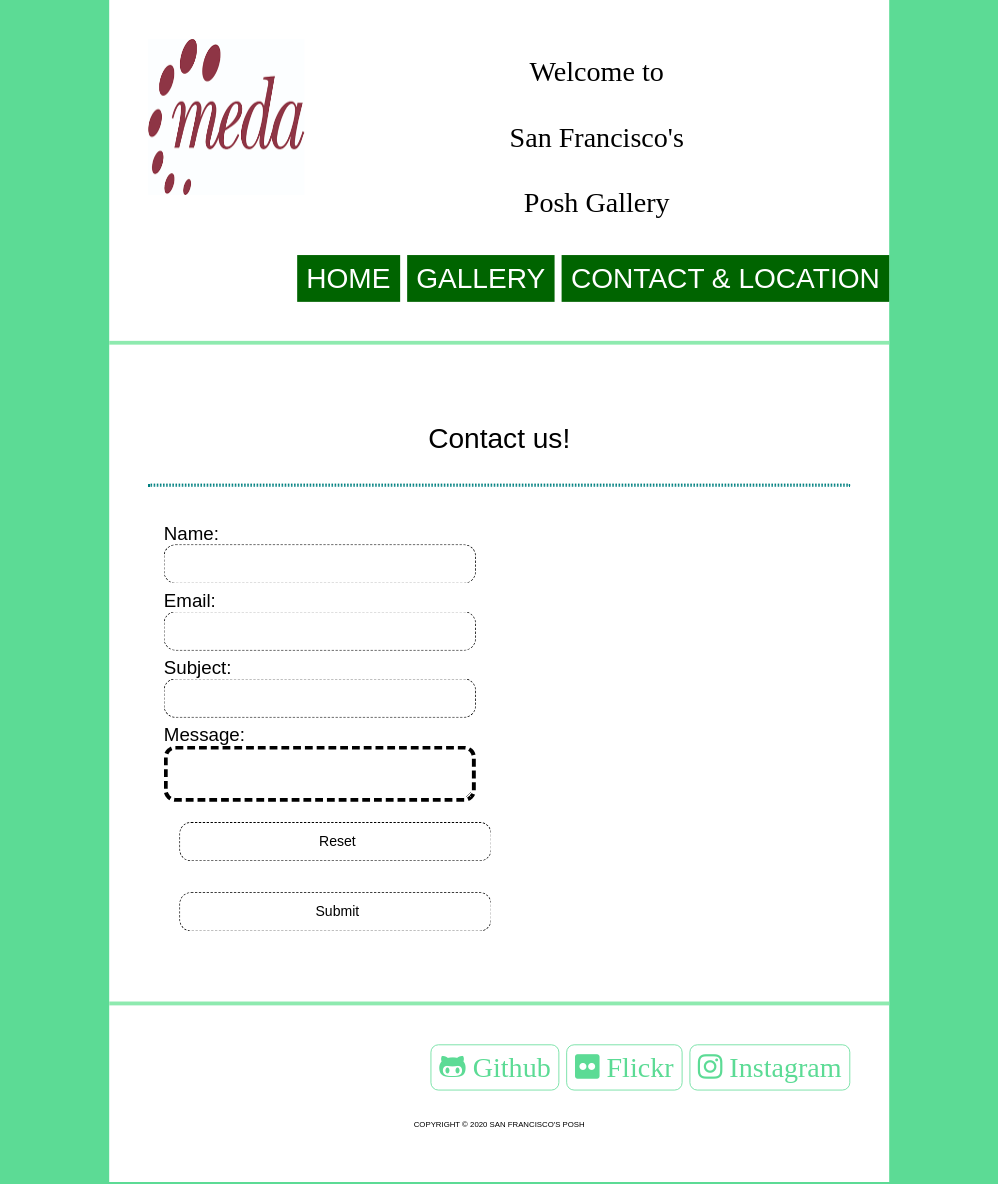
Repository: seleniadelgado/meda-spring2020-angie
Page: practice/html/week_4/multipage-css/contact.html
The author's editor kept a copy of each file at every save. The page is drawn from the files as they stood at one save, then again after the next save.
The browser window is 1280 px wide. The pictures show the whole page, at 78% of full size.

Above is the page before, as saved 2020-02-13 11:28:25.

### practice/html/week_4/multipage-css/contact.html
<!DOCTYPE html>
<html lang="en">
<head>
    <meta charset=utf-8>
    <title>SF's Posh Gallery | Homepage</title>
    <meta name="viewport" content="width=device-width, initial-scale=1">
    <link rel="stylesheet" type="text/css" href="styles/reset.css">
    <link rel="stylesheet" type="text/css" href="styles/all.min.css">
    <link rel="stylesheet" type="text/css" href="styles/style.css">

</head>
<body>
    <header>
        <div>
            <a href="index.html"><img id="logo" src="images/logo.png" alt="logo" width="200" height="200"></a>
        </div>
        <div id="title-container">
            <h1>Welcome to<br>San Francisco's<br>Posh Gallery</h1>
        </div>
        <nav>
            <ul>
                <li><a href="index.html">Home</a></li>
                <li><a href="gallery.html">Gallery</a></li>
                <li><a href="index.html">Contact & Location</a></li>
            </ul>
        </nav>
    </header>

    <main id="contact">
        <h1>Contact us!</h1>
        <hr/>
        <div id="contact-flexbox">
            <!--div:first-child selects the following: -->
            <div>
                <form id="contact-form" action="#">
                    <label for="name">Name: </label>
                    <input type="text" id="name">
                    <br>
                    <label for="email">Email: </label>
                    <input type="text" id="email">
                    <br>
                    <label for="subject">Subject: </label>
                    <input type="text" id="subject">
                    <br>
                    <label for="message">Message:</label>
                    <textarea id="message"></textarea>
                    <br>
                    <input class="form-buttons" type="reset">
                    <input class="form-buttons" type="submit">
                </form>
            </div>
            <!--div:last-child selects the following:-->
            <div></div>
        </div>
    </main>

    <footer>
        <section id="social-links">
            <ul>
                <div class="lis">
                <li><a href="https://www.github.com"><i class="fab fa-github-alt"></i> Github</a></li>
                <li><a href="https://www.flickr.com"><i class="fab fa-flickr"></i> Flickr</a></li>
                <li><a href="https://www.Instagram.com"><i class="fab fa-instagram"></i> Instagram</a></li>
                </div>
            </ul>
        </section>
        <section>
            <p id="copyright">Copyright &copy; 2020 San Francisco's Posh</p>
        </section>
    </footer>
</body>

</html>

### practice/html/week_4/multipage-css/styles/style.css
body {
    background-color: #5cdb95;
    color: black;
}
header, main, footer {
    width: 900px;
    background-color: white;
    margin: 0 auto;
    padding: 50px;
    font-size: 36px;
}
/* Header style start*/
header {
    padding-right: 0;
    width: 950px;
}
header, main {
    border-bottom: #8EEaAF 5px solid;
}
header h1 {
    font-family: "Zapfino";
    font-size: "48px";
    text-align: center;
    color: darkslategray
    text-shadow: darkolivegreen;
    line-height: 84px;
}
#logo {
    float: left;
}
#little-container{
    margin-left: 200px;
}
nav ul li {
    display: inline-block;
    background-color: #8EEaAF;
    padding: 12px;
    margin-top: 25px;
    color: white;
    text-transform: uppercase;
    font-family: Arial, Helvetica, sans-serif;
}
nav ul li {
    background-color: darkgreen;
}
nav ul {
    text-align: right;
}
nav ul li a{
    text-decoration: none;
}
nav ul li a:link {
    color: white;
}

nav ul li a:visited{
    color: white;
}
nav ul li a:hover {
    text-decoration: none;
    color: #8EEaAF;
}

nav ul li a:active {
    color: darkgray;
}


/* header style ends */

/*Footer style starts*/
footer p {
    color: black;
    font-family: "Arial";
    line-height: 48px;
}
#copyright {
    text-align: center;
    font-size: 10px;
    text-transform: uppercase;
}
#social-links ul{
    text-align: right;
    margin-bottom: 20px;
}
#social-links ul li {
    display: inline-block;
    border: solid 1px #5cdb95;
    border-radius: 10px;;
    padding: 10px;
}
#social-links ul a:hover, #social-links ul li:hover {
    color: white;
    background-color: #8EEaAF;
}
#social-links ul li a {
    text-decoration: none;
    color: #5cdb95;;
}

/*Footer style ends*/
/*Main default styles*/
main {
    font-family: Arial;
    color: black;
}
main h1 {
    font-family: "Zapfino"
    font-size: 36px;
    text-align: center;
    line-height: 80px;
    margin-top: 30px;
}
main p {
    font-size: 24px;
}
/*main default style ends*/


/* homepage style start*/
main#homepage p {
    margin: 20px;
    line-height: 30px;
    text-align: justify;
}
/* homepage style end*/
/* gallery style end*/
#gallery div{
    display: flex;
    flex-wrap: wrap;
    justify-content: space-around;
    margin: 20px;
}
#gallery div img{
    width: 200px;
    height: 300px;
}
/*gallery end*/

/*contact start*/
#contact > hr {
    border: dotted 2px teal;
}
#contact-flexbox {
    display: flex;
}

#contact-flexbox div:first-child {
    flex-grow: 3;
}

#contact-flexbox div:last-child {
    flex-grow: 1;
    background-color: ;

}

#contact-form {
    width: 400px;
    margin: 20px;
}

#contact-form label {
    font-size: 24px;
}

#contact-form input {
    border: dashed 1px black;
    width: 400px;
    height: 50px;
    border-radius: 15px;
    box-sizing: border-box;
    font-size: 18px;
    color: black;
    padding-left: 11px;
    background-color: white;
}
.form-buttons {
    margin: 20px;
    color: turquoise;
    font-size: 18px;
}
#contact-form .form-buttons:hover {
    border: solid blue 5px;
}
#contact-form textarea {
    border: dashed 5px black;
    color: turquoise;
    border-radius: 15px;
    width: 100%;
    box-sizing: border-box;
    padding: 11px;
    font-size: 18px;
}

/*contact end*/

Loaded but not shown: practice/html/week_4/multipage-css/styles/reset.css (common file); practice/html/week_4/multipage-css/styles/all.min.css (library)

After the next save:
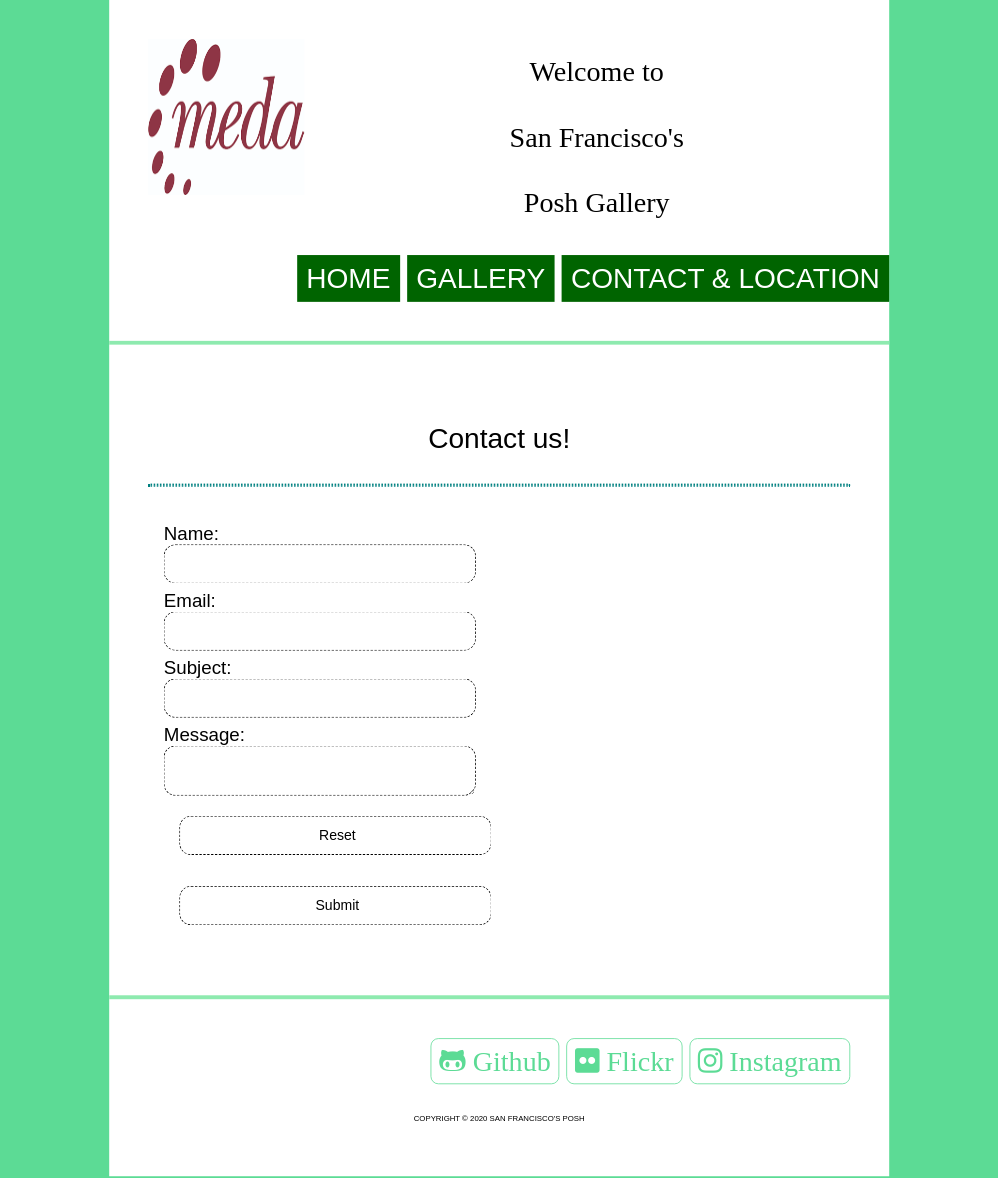
Saved 93 s later.
--- a/practice/html/week_4/multipage-css/styles/style.css
+++ b/practice/html/week_4/multipage-css/styles/style.css
@@ -184,7 +184,7 @@ main#homepage p {
     border: solid blue 5px;
 }
 #contact-form textarea {
-    border: dashed 5px black;
+    border: dashed 1px black;
     color: turquoise;
     border-radius: 15px;
     width: 100%;
